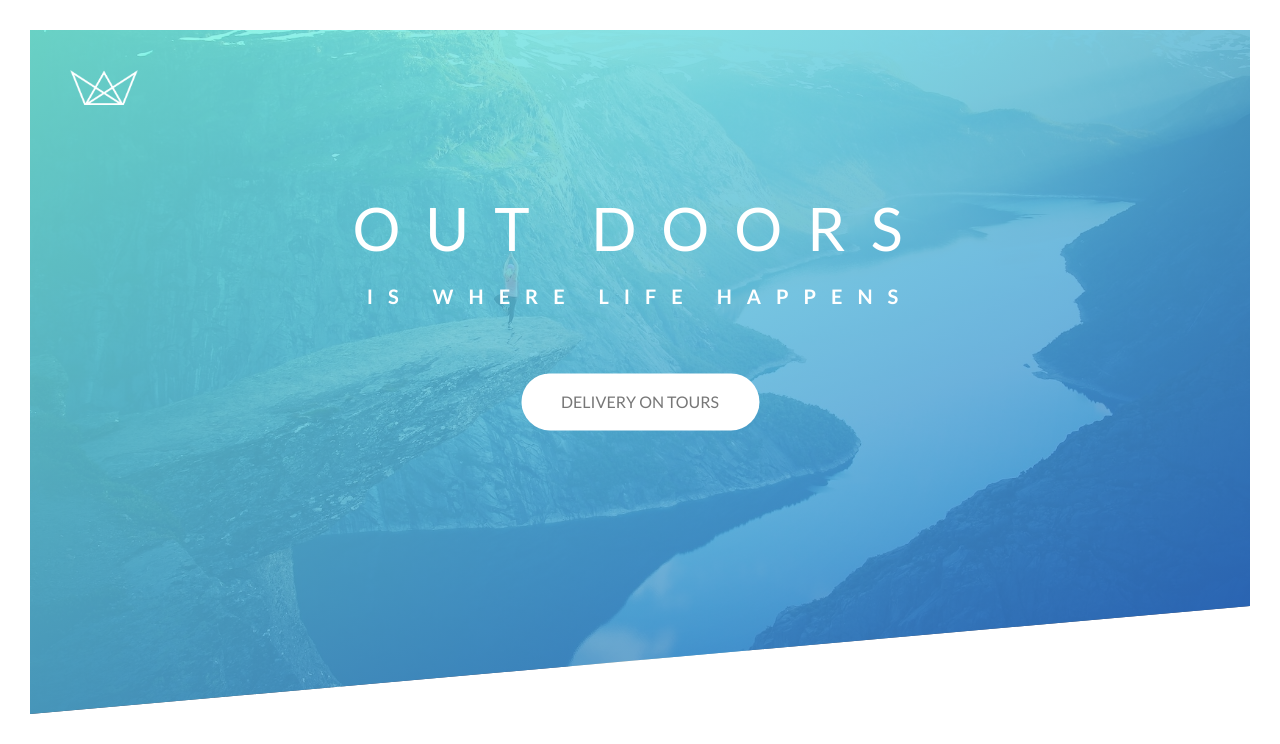
Repository: haokiet2501/natours-page
Page: index.html
The author's editor kept a copy of each file at every save. The page is drawn from the files as they stood at one save, then again after the next save.
The browser window is 1280 px wide. The pictures show the whole page.

Above is the page before, as saved 2022-07-31 19:31:45.

### index.html
<!DOCTYPE html>
<html lang="en">
<head>
    <meta charset="UTF-8">
    <meta http-equiv="X-UA-Compatible" content="IE=edge">
    <meta name="viewport" content="width=device-width, initial-scale=1.0">
    <link rel="shortcut icon" href="img/favicon.png" type="image/x-icon">
    <link rel="stylesheet" href="styles.css">
    <title>Natours</title>
</head>
<body>
    <header class="header">
        <div class="logo">
            <img src="img/logo-white.png" alt="Logo" class="logo-img">
        </div>
        <div class="heading">
            <h1 class="heading-text">
                <span class="heading-subtitle">
                    Out doors
                </span>
                <span class="heading-subtext">
                    is where life happens
                </span>
            </h1>

            <a href="#" class="btn btn-white">Delivery on tours</a>
        </div>
    </header>
</body>
</html>

### styles.css
@import url('https://fonts.googleapis.com/css2?family=Lato:wght@300;400;700;900&display=swap');

* {
    margin: 0;
    padding: 0;
    box-sizing: border-box;
}

:root {
    --lighten-blue: #69ffd7;
    --medium-blue: #3badd4;
    --dark-blue: #1b92c2;
}

body {
    font-family: "Lato", sans-serif;
    line-height: 1.7;
    font-weight: 400;
    font-size: 16px;
    color: #777;
    padding: 30px;
}

html {
    scroll-behavior: smooth;
}

.header {
    position: relative;
    height: 95vh;
    background-image: linear-gradient(
        to right bottom,
        rgba(126, 255, 232, 0.8),
        rgba(40, 107, 208, 0.8)
        ) ,url("./img/hero.jpg");
    background-size: cover;
    background-position: top;
    clip-path: polygon(0 0, 100% 0, 100% 80vh, 0 100%);
}

.logo {
    position: absolute;
    top: 40px;
    left: 40px;
}

.logo-img {
    height: 35px;
}

.heading {
    position: absolute;
    top: 40%;
    left: 50%;
    transform: translate(-50%, -50%);
    text-align: center;
}

.heading-text {
    color: #fff;
    text-transform: uppercase;
    backface-visibility: hidden;

    margin-bottom: 60px;
}

.heading-subtitle {
    display: block;
    font-size: 60px;
    font-weight: 400;
    letter-spacing: 25px;
    animation: 1s moveLeft ease-out;
}

.heading-subtext {
    display: block;
    font-size: 20px;
    font-weight: 700;
    letter-spacing: 15px;
    animation: 1s moveRight ease-out;
}

@keyframes moveLeft{
    0% {
        opacity: 0;
        transform: translateX(-100px);
    }
    80% {
        transform: translateX(20px);
    }
    100% {
        opacity: 1;
        transform: translate(0);
    }
}

@keyframes moveRight{
    0% {
        opacity: 0;
        transform: translateX(100px);
    }
    80% {
        transform: translateX(-20px);
    }
    100% {
        opacity: 1;
        transform: translate(0);
    }
}

.btn:link,
.btn:visited {
    text-decoration: none;
    text-transform: uppercase;
    padding: 15px 40px;
    display: inline-block;
    border-radius: 100px;
}

.btn-white {
    background-color: #fff;
    color: #777;
}

After the next save:
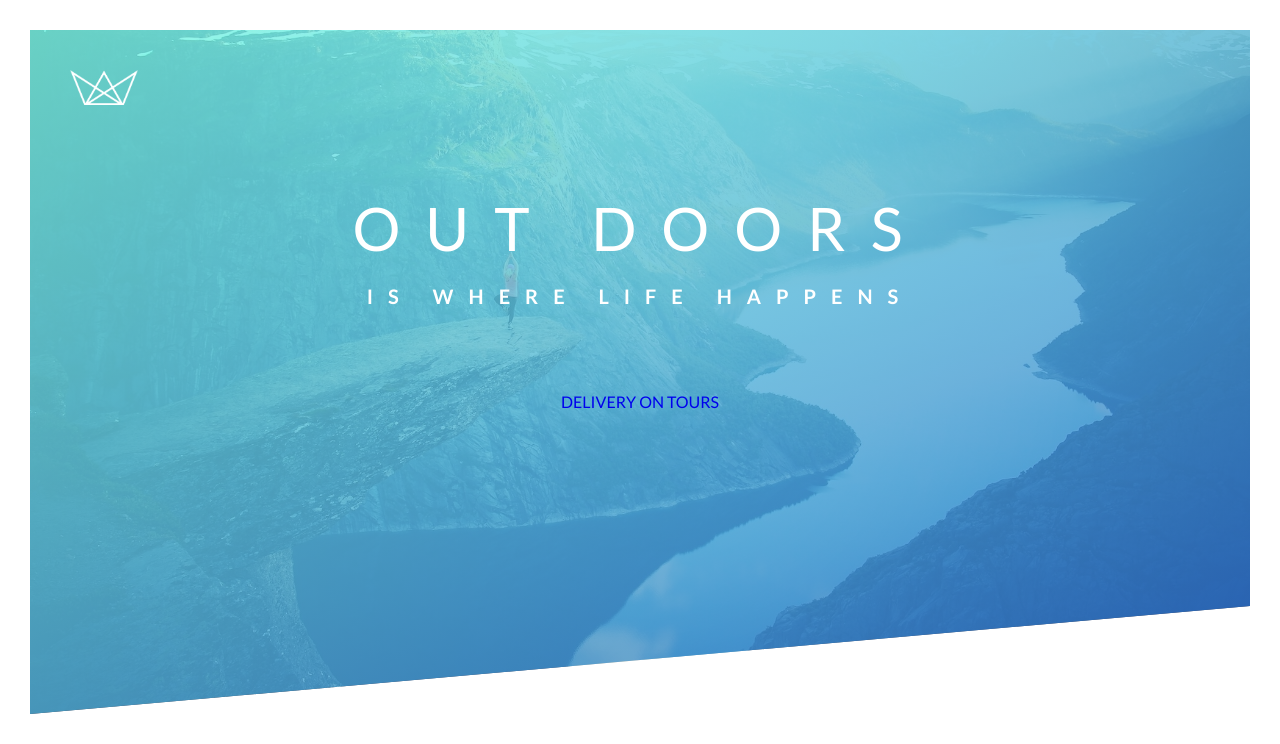
Saved 4 s later.
--- a/styles.css
+++ b/styles.css
@@ -117,6 +117,8 @@
     border-radius: 100px;
 }
 
+.btn
+
 .btn-white {
     background-color: #fff;
     color: #777;

After the save that followed:
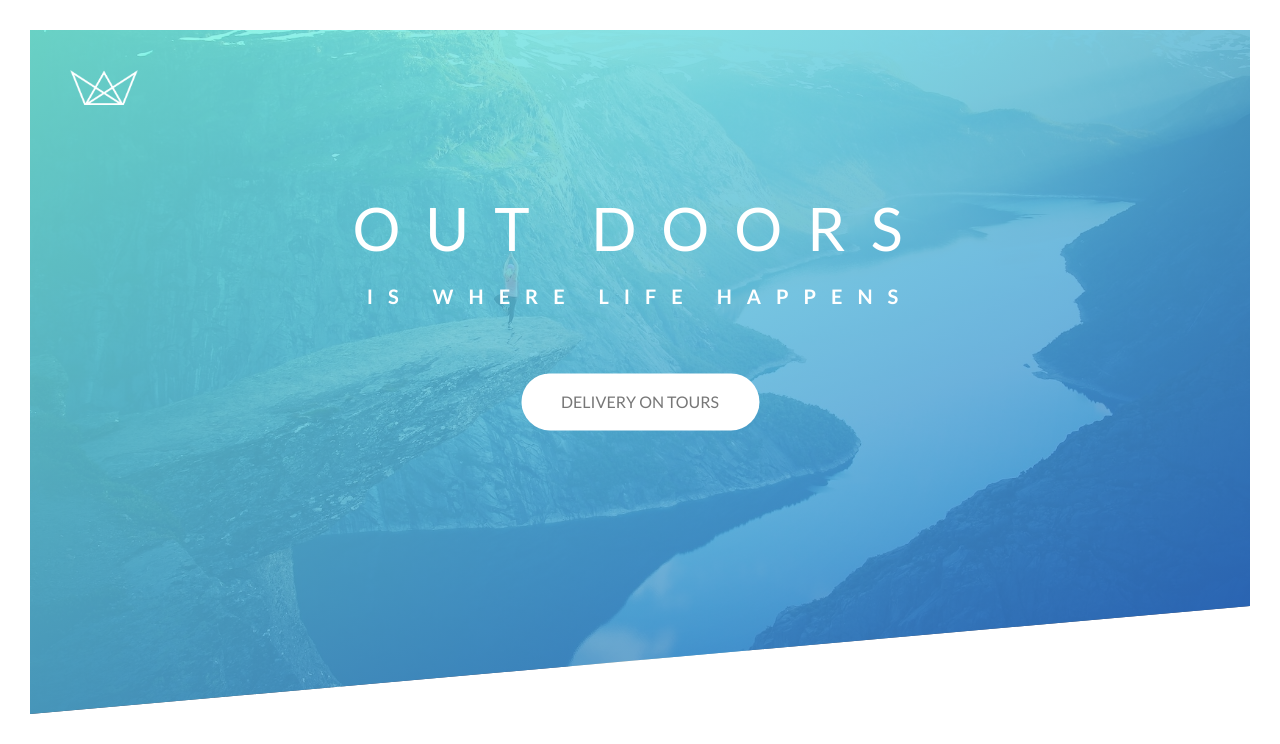
Saved 9 s later.
--- a/styles.css
+++ b/styles.css
@@ -117,7 +117,9 @@
     border-radius: 100px;
 }
 
-.btn
+.btn:hover {
+    tran
+}
 
 .btn-white {
     background-color: #fff;
